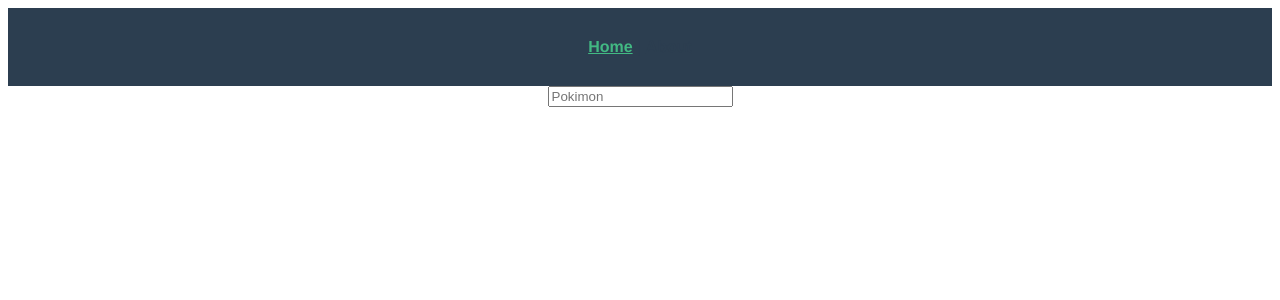
Repository: arif286/PokeDex-website
Page: /#/
An editor plug-in stored every save of this project. The page is shown before and after the next save, followed by the edit.
The browser window is 1280 px wide. The pictures show the whole page.
The project was rebuilt for these pictures with package versions that can differ from the ones it lists, and the page was loaded fresh each time.

Above is the page before, as saved 2021-06-03 00:14:43.

After the next save:
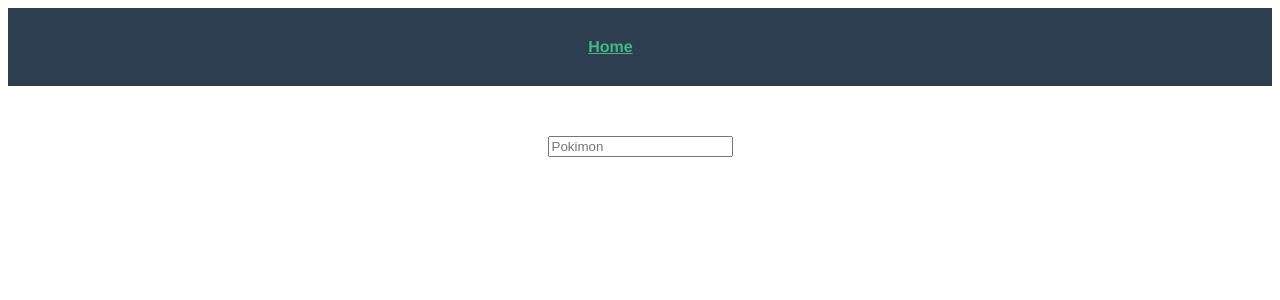
Saved 110 s later.
--- a/src/views/Home.vue
+++ b/src/views/Home.vue
@@ -21,3 +21,9 @@ export default {
     }
   }
 </script>
+<style scoped>
+.home input{
+  margin-top: 50px;
+
+}
+</style>
